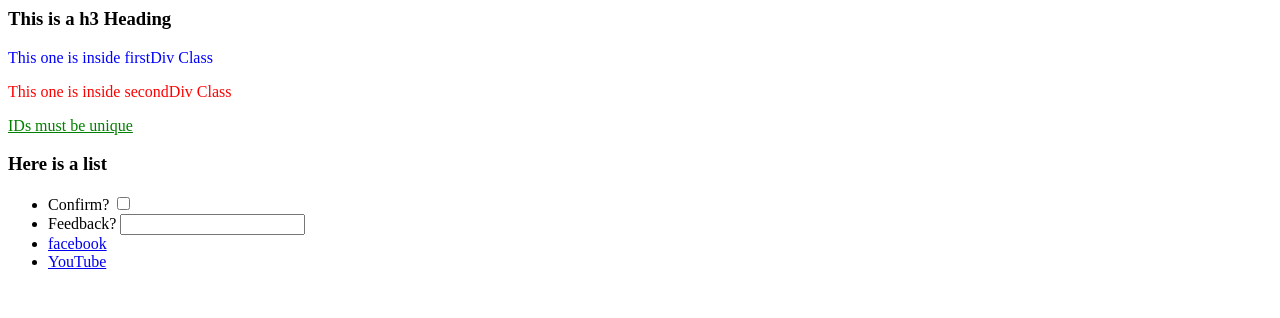
Repository: MonwarAdeeb/Bista_Solutions
Page: HTML & CSS/CSS/Level One/03. Apply Style on Subsets.html
These files come from the project's save history. The page is drawn as it stood at one moment and after a run of saves; the edit follows.
The browser window is 1280 px wide. The pictures show the whole page.

Above is the page before, as saved 2021-05-19 17:06:42.

### HTML & CSS/CSS/Level One/03. Apply Style on Subsets.html
<html lang="en">
<head>
    <meta charset="UTF-8">
    <meta http-equiv="X-UA-Compatible" content="IE=edge">
    <meta name="viewport" content="width=device-width, initial-scale=1.0">
    <title>Document</title>
    <link rel="stylesheet" href="03. Apply Style on Subsets.css">
</head>
<body>

    <h3>This is a h3 Heading</h3>

    <!-- Div with classname -->
    <div class="firstDiv">
        <p>This one is inside firstDiv Class</p>
    </div>

    <div class="secondDiv">
        <p>This one is inside secondDiv Class</p>
    </div>

    <!-- paragraph with id -->
    <p id="singledout">IDs must be unique</p>

    <h3>Here is a list</h3>

    <!-- input/tags inside list elements -->
    <ul>
        <li>Confirm? <input type="checkbox" name="" id=""></li>
        <li>Feedback? <input type="text" name="" id=""></li>
        <li><a href="www.facebook.coom">facebook</a></li>
        <li><a href="www.youtube.com">YouTube</a></li>

    </ul>
</body>
</html>

### HTML & CSS/CSS/Level One/03. Apply Style on Subsets.css
/* setting style of div with class names.
classname has a (.) oot before their name */
.firstDiv {
  color: blue;
}

.secondDiv {
  color: red;
}

/* styling on a paragraph with ID
IDs use hashtag before ID name */
#singledout {
  color: green;
  text-decoration: underline;
}

h3 + ul{
    border: ;
}

/* asterix (*) overrides all elements styyling except IDs*/
/* * {
  color: black;
}
 */

After the next 2 saves:
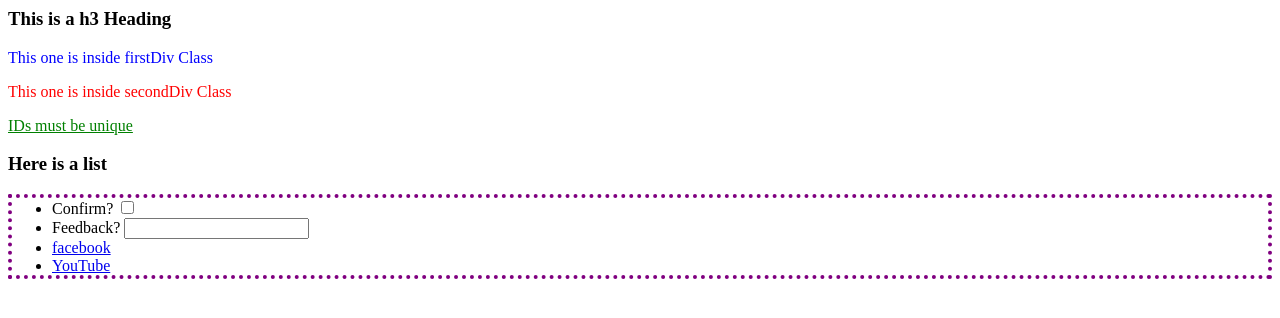
The 2 saves are shown as one change because they came seconds apart.
The last was saved 7 s later.
--- a/HTML & CSS/CSS/Level One/03. Apply Style on Subsets.css
+++ b/HTML & CSS/CSS/Level One/03. Apply Style on Subsets.css
@@ -15,8 +15,8 @@ IDs use hashtag before ID name */
   text-decoration: underline;
 }
 
-h3 + ul{
-    border: ;
+h3 + ul {
+  border: 4px dotted purple;
 }
 
 /* asterix (*) overrides all elements styyling except IDs*/
